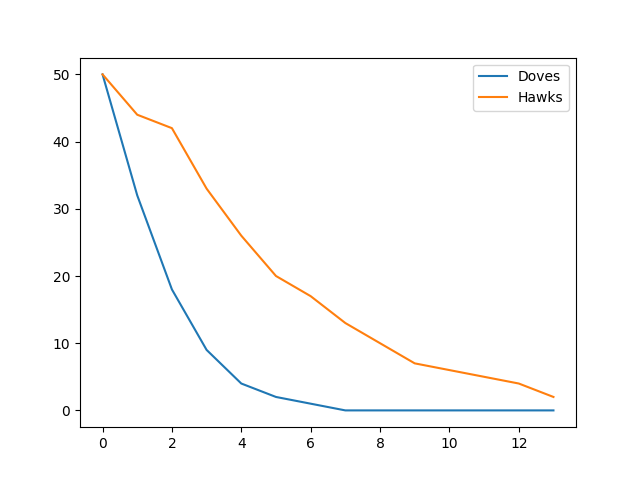
Repository: PatLaCisay/python-hawkdove-master
Script's output: python hawkdove.py
The author's editor kept a copy of each file at every save. The script's output is drawn from the files as they stood at one save, then again after the next save.
Random numbers start from a fixed seed.

Above is the script's output before, as saved 2023-03-07 14:40:30.

### hawkdove.py
#!/usr/bin/python
from random import choice, randint
from time import perf_counter
from pylab import plot, show, legend

STARTING_DOVES = 50
STARTING_HAWKS = 50
STARTING_POPULATION = STARTING_HAWKS + STARTING_DOVES

ROUNDS = 50
STARTING_ENERGY = 100

MIN_FOOD_PER_ROUND = 40
MAX_FOOD_PER_ROUND = 70

ENERGY_REQUIRED_FOR_REPRODUCTION = 120
ENERGY_LOSS_FROM_FIGHTING = 2000
ENERGY = 30

ENERGY_REQUIRED_FOR_LIVING = 50

STATUS_ACTIVE = "active"
STATUS_ASLEEP = "asleep"

TYPE_HAWK = "hawk"
TYPE_DOVE = "dove"

agents = []

# Graph stuff
graph_hawk_points = []
graph_dove_points = []

# Profiling


class Agent:
	id = 0
	agent_type = None
	status = STATUS_ACTIVE
	energy = STARTING_ENERGY


def main():
	init()
	current_round = 1
	death_count = 0
	dead_hawks  = 0
	dead_doves  = 0
	breed_count = 0
	main_tic = perf_counter()

	while current_round <= ROUNDS and len(agents) > 2:
		tic = perf_counter()
		awakenAgents()

		food = getFood()
		if (current_round==1) :
			round_dead_hawks=0
			round_dead_doves=0
			round_hawk_babies=0
			round_dove_babies=0
		else:
			# This could be optimized further by creating a list every time
			# that only has active agents, so it isn't iterating over entire list every time
			while True:
				agent, nemesis = getRandomAgents()
				if agent is None or nemesis is None:
					break
				compete(agent, nemesis, food)


			round_dead_hawks, round_dead_doves = cull()
			death_count += (round_dead_hawks + round_dead_doves)

		toc = perf_counter()

		print("ROUND %d" % current_round)
		print("Food produced          : %d" % food)
		print("Population             : Hawks-> %d, Doves-> %d" % (getAgentCountByType(TYPE_HAWK), getAgentCountByType(TYPE_DOVE)))
		print("Dead hawks             : %d" % round_dead_hawks)
		print("Dead doves             : %d" % round_dead_doves)
		print("Hawk babies            : %s" % round_hawk_babies)
		print("Dove babies            : %s" % round_dove_babies)
		print("Hawks                  : %s" % getPercByType(TYPE_HAWK))
		print("Doves                  : %s" % getPercByType(TYPE_DOVE))
		print("----")
		print("Round Processing time  : %s" % getTimeFormatted(toc - tic))
		print("Elapsed time           : %s\n" % getTimeFormatted(perf_counter() - main_tic))

		# Plot
		graph_hawk_points.append(getAgentCountByType(TYPE_HAWK))
		graph_dove_points.append(getAgentCountByType(TYPE_DOVE))

		current_round += 1


	main_toc = perf_counter()

	print("=============================================================")
	print("Total dead agents      : %d" % death_count)
	print("Total breeding agents  : %d" % breed_count)
	print("Total rounds completed : %d" % (current_round - 1))
	print("Total population size  : %s" % len(agents))
	print("Hawks                  : %s" % getPercByType(TYPE_HAWK))
	print("Doves                  : %s" % getPercByType(TYPE_DOVE))
	print("Processing time        : %s" % getTimeFormatted(main_toc - main_tic))
	print("=============================================================")


def init():

	for x in range(0,STARTING_DOVES):
		a = Agent()
		a.agent_type = TYPE_DOVE
		agents.append(a)

	for x2 in range(0,STARTING_HAWKS):
		a2 = Agent()
		a2.agent_type = TYPE_HAWK
		agents.append(a2)


def getAvgFromList(list):
	return float( sum(list) / len(list) )


def getTimeFormatted(seconds):
	m, s = divmod(seconds, 60)
	return "%02d:%02d" % (m, s)


def getFood():
	return randint(MIN_FOOD_PER_ROUND, MAX_FOOD_PER_ROUND)


def getPercByType(agent_type):
	perc = float(getAgentCountByType(agent_type)) / float(len(agents))
	return '{percent:.2%}'.format(percent=perc)


def getAliveAgentsCount():
	return getAgentCountByStatus(STATUS_ACTIVE) + getAgentCountByStatus(STATUS_ASLEEP)


def getRandomAgents():
	nemesis = None
	active_agents = list(generateAgentsByStatus(STATUS_ACTIVE))
	if len(active_agents) < 2:
		return None, None
	max_index = len(active_agents) - 1
	agent = active_agents[ randint(0, max_index) ]
	while nemesis is None:
		n = active_agents[ randint(0, max_index) ]
		if n is not agent:
			nemesis = n

	return agent, nemesis


def awakenAgents():
	for agent in agents:
		agent.status = STATUS_ACTIVE


def generateAgentsByType(agent_type):
	for agent in agents:
		if agent.agent_type == agent_type:
			yield agent


def generateAgentsByStatus(status):
	for agent in agents:
		if agent.status == status:
			yield agent


def getEnergyFromFood(food):
	return food # 1 to 1


def getAgentCountByStatus(status):
	count = len( list(generateAgentsByStatus(status)) )
	return count


def getAgentCountByType(agent_type):
	return len( list(generateAgentsByType(agent_type)) )


def compete(agent, nemesis, food):
	winner = choice([agent, nemesis])
	loser = agent if (winner is nemesis) else nemesis

	if agent.agent_type == TYPE_HAWK and nemesis.agent_type == TYPE_HAWK:
		if randint(0,1)==1:
			winner.energy += getEnergyFromFood(food) - ENERGY
			loser.energy  -= ENERGY_LOSS_FROM_FIGHTING
		else :
			breed(winner)

	if agent.agent_type == TYPE_HAWK and nemesis.agent_type == TYPE_DOVE:
		agent.energy += getEnergyFromFood(food) - ENERGY
		nemesis.energy -= ENERGY_LOSS_FROM_FIGHTING

	if agent.agent_type == TYPE_DOVE and nemesis.agent_type == TYPE_HAWK:
		nemesis.energy += getEnergyFromFood(food) - ENERGY
		agent.energy -= ENERGY_LOSS_FROM_FIGHTING

	if agent.agent_type == TYPE_DOVE and nemesis.agent_type == TYPE_DOVE:
		agent.energy += getEnergyFromFood(food)/2
		nemesis.energy += getEnergyFromFood(food)/2
		breed(winner)

	nemesis.status = agent.status = STATUS_ASLEEP


def getNewAgent(agent_type, starting_energy=STARTING_ENERGY, status=STATUS_ASLEEP):
	agent = Agent()
	agent.agent_type = agent_type
	agent.status = status
	agent.energy = starting_energy
	return agent


def breed(agent):

		if agent.energy > ENERGY_REQUIRED_FOR_REPRODUCTION:





			agent.energy /= 2

			if agent.agent_type == TYPE_DOVE: baby_agent = getNewAgent(agent.agent_type, (agent.energy/2))
			if (agent.agent_type == TYPE_HAWK): baby_agent = getNewAgent(agent.agent_type, (agent.energy/2))

"""
def count_breeds():

	hawk_babies = 0
	dove_babies = 0
	for agent in agents:
		if agent.energy > ENERGY_REQUIRED_FOR_REPRODUCTION:
			baby_agent_a = getNewAgent(agent.agent_type, (agent.energy/2))
			baby_agent_b = getNewAgent(agent.agent_type, (agent.energy/2))

			agents.append(baby_agent_b)
			agents.append(baby_agent_a)

			agent.energy /= 2

			if agent.agent_type == TYPE_DOVE: dove_babies += 4
			if (agent.agent_type == TYPE_HAWK):

				if randint(0,100)==1 :
					hawk_babies += 1


	return hawk_babies, dove_babies
"""
def cull():

	dead_hawks = 0
	dead_doves = 0
	for index, agent in enumerate(agents):
		if agent.energy < ENERGY_REQUIRED_FOR_LIVING:
			if agent.agent_type == TYPE_DOVE: dead_doves += 1
			if agent.agent_type == TYPE_HAWK: dead_hawks += 1
			del agents[index]


	return dead_hawks, dead_doves


main()
plot(graph_dove_points, label="Doves")
plot(graph_hawk_points, label="Hawks")
legend()

show()

After the next save:
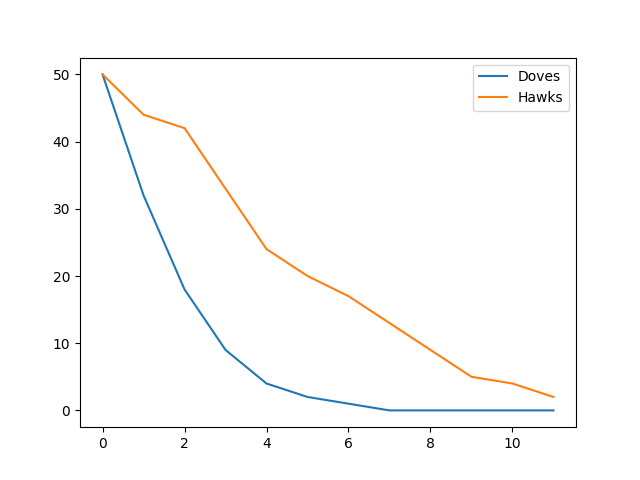
Saved 22 s later.
--- a/hawkdove.py
+++ b/hawkdove.py
@@ -13,7 +13,7 @@ STARTING_ENERGY = 100
 MIN_FOOD_PER_ROUND = 40
 MAX_FOOD_PER_ROUND = 70
 
-ENERGY_REQUIRED_FOR_REPRODUCTION = 120
+ENERGY_REQUIRED_FOR_REPRODUCTION = 50
 ENERGY_LOSS_FROM_FIGHTING = 2000
 ENERGY = 30
 
